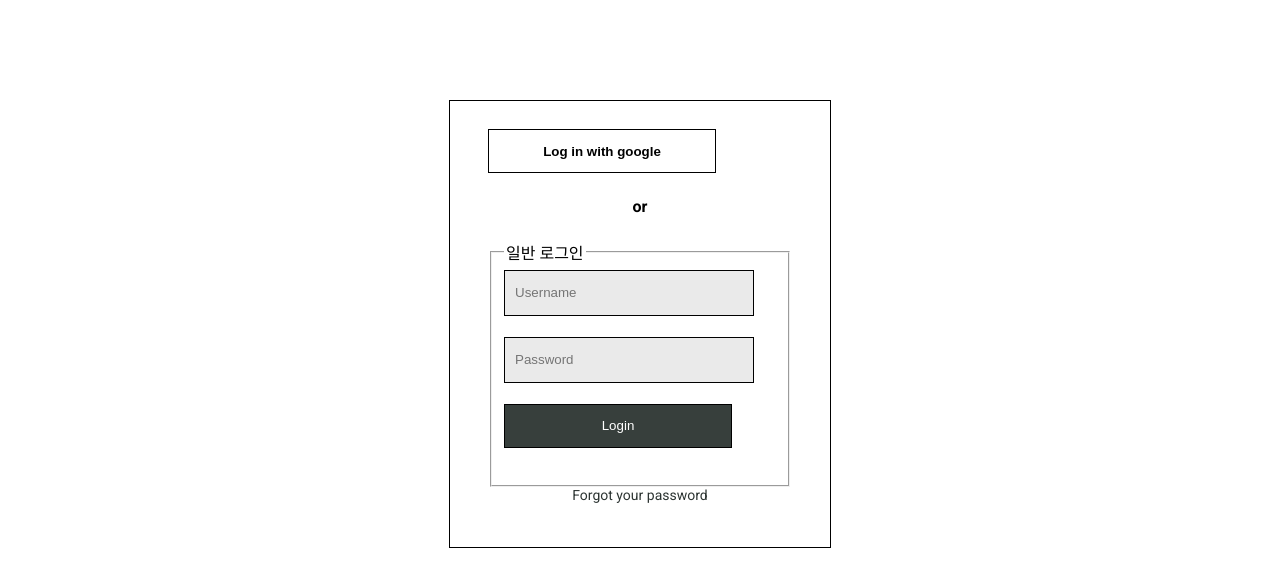
Repository: ggandory/CODE
Page: 6/login/index.html
These files come from the project's save history. The page is drawn as it stood at one moment and after the next save; the edit follows.
The browser window is 1280 px wide. The pictures show the whole page.

Above is the page before, as saved 2024-02-06 23:58:46.

### 6/login/index.html
<!DOCTYPE html>
<html lang="en">
  <head>
    <meta charset="UTF-8" />
    <meta name="viewport" content="width=device-width, initial-scale=1.0" />
    <title>Login</title>
    <link rel="stylesheet" href="style.css" />
  </head>
  <body>
    <form action="#" class="login">
      <div class="top" name="login">
        <button type="button">Log in with google</button>
      </div>
      <p>or</p>
      <fieldset>
        <legend>일반 로그인</legend>
        <label for="username">
          <input
            type="text"
            id="username"
            name="username"
            placeholder="Username"
          />
        </label>
        <lable for="password">
          <input
            type="password"
            id="password"
            name="password"
            placeholder="Password"
          />
        </lable>
        <button type="submit" class="submit">Login</button>
      </fieldset>
      <a href="#">Forgot your password</a>
    </form>
  </body>
</html>

### 6/login/style.css
@import url("https://fonts.googleapis.com/css2?family=Roboto:wght@400;700&display=swap");
form {
  width: 304px;
  height: 390px;
  padding: 28px 38px;
  border: 1px solid #000;
  margin: 100px auto;
}
body {
  font-family: "Roboto", sans-serif;
}
.login button {
  width: 228px;
  height: 44px;
  border: 1px solid #000;
  background-color: white;
  font-weight: bold;
  margin: auto;
}
.login input {
  width: 228px;
  height: 44px;
  border: 1px solid #000;
  padding: 0 10px;
  margin-bottom: 21px;
  background-color: #eaeaea;
}
.login p {
  margin: 24px 0;
  font-size: 16px;
  font-weight: bold;
  text-align: center;
}
.login .submit {
  background-color: #373f3c;
  color: white;
  margin-bottom: 27px;
  font-weight: normal;
}
.login a {
  text-decoration: none;
  color: #2c3432;
  font-size: 14px;
  text-align: center;
  display: block;
}

After the next save:
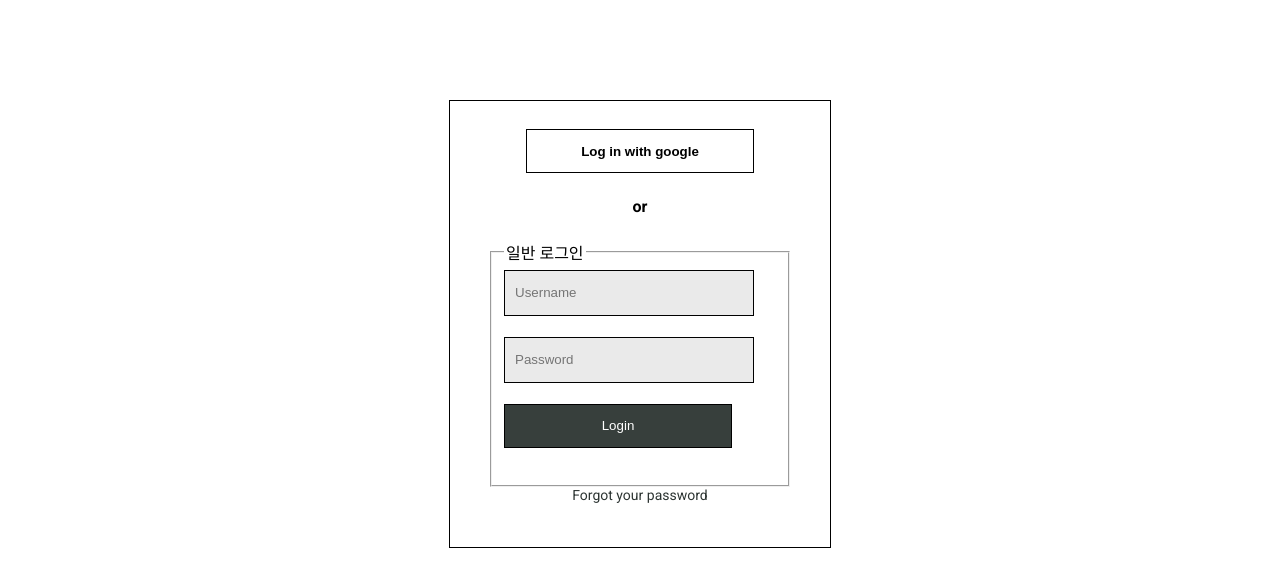
Saved 3 min 11 s later.
--- a/6/login/style.css
+++ b/6/login/style.css
@@ -5,6 +5,9 @@
   padding: 28px 38px;
   border: 1px solid #000;
   margin: 100px auto;
+  display: flex;
+  flex-direction: column;
+  align-items: center;
 }
 body {
   font-family: "Roboto", sans-serif;
@@ -15,7 +18,6 @@
   border: 1px solid #000;
   background-color: white;
   font-weight: bold;
-  margin: auto;
 }
 .login input {
   width: 228px;

After the save that followed:
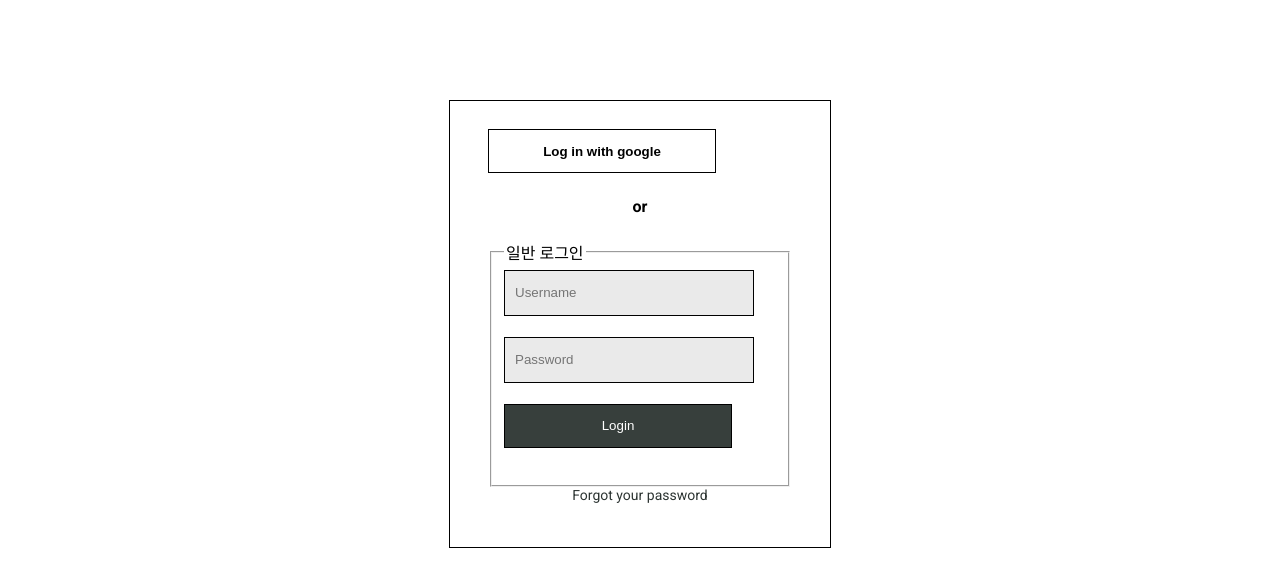
Saved 15 s later.
--- a/6/login/style.css
+++ b/6/login/style.css
@@ -5,8 +5,7 @@
   padding: 28px 38px;
   border: 1px solid #000;
   margin: 100px auto;
-  display: flex;
-  flex-direction: column;
+
   align-items: center;
 }
 body {
